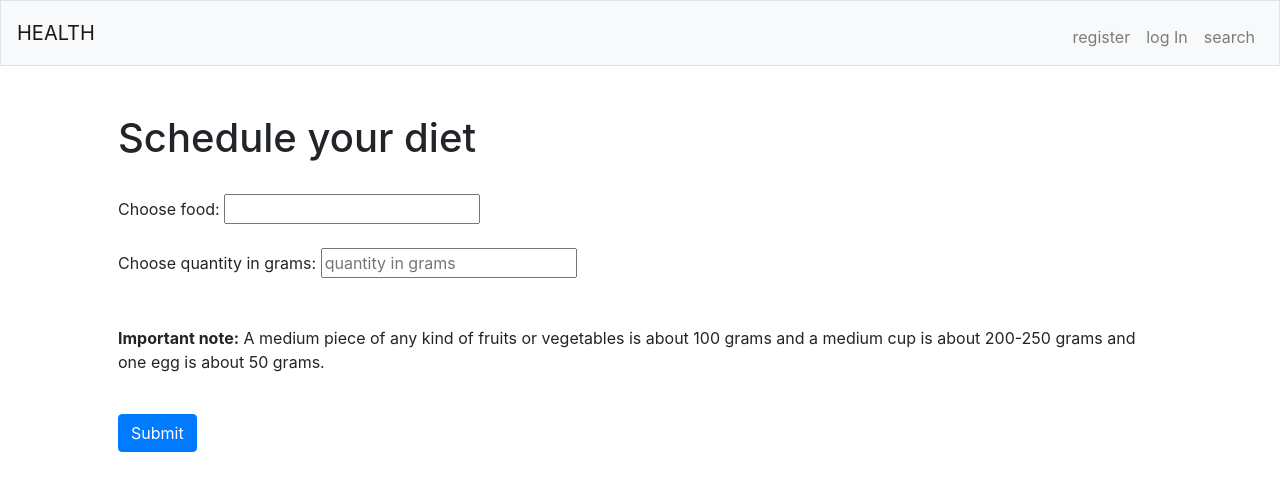
Repository: bahgaat/cs50
Page: http://localhost/search
The author's editor kept a record of every edit. The page is drawn from the files as they stood at one moment, then again after the next edit.
The browser window is 1280 px wide. The pictures show the whole page.
The page is served by the project's application, run on Flask 3 (applications.py).

Above is the page before.

After the next edit:
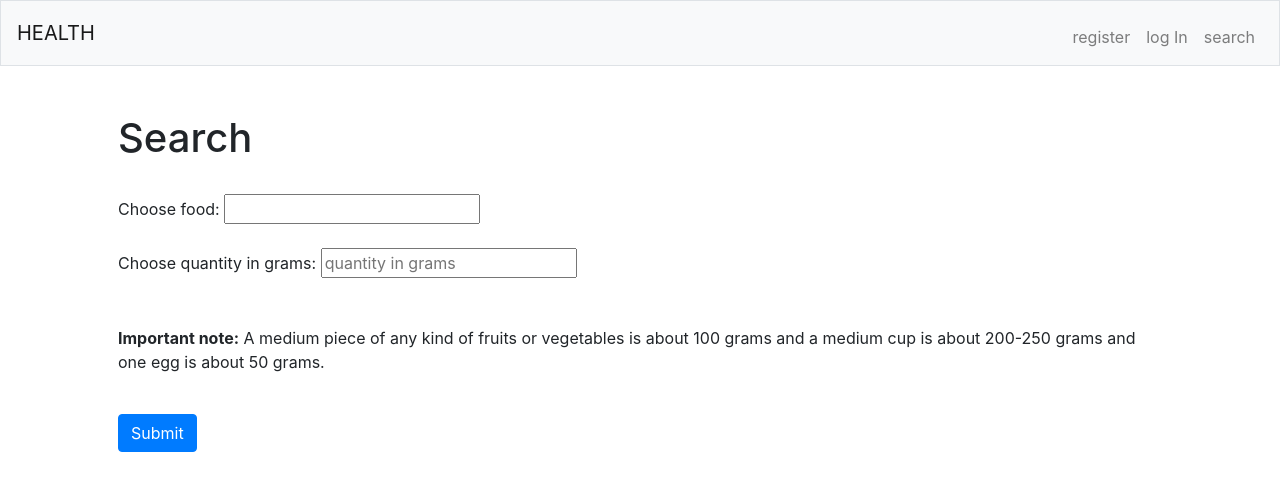
The edit:
--- a/templates/search.html
+++ b/templates/search.html
@@ -5,7 +5,7 @@
 {% endblock %}
 
 {% block main %}
-<h1 class="food">Schedule your diet</h1>
+<h1 class="food">Search </h1>
 <br>
 <form  action = "/search"  method="POST">
   Choose food:
